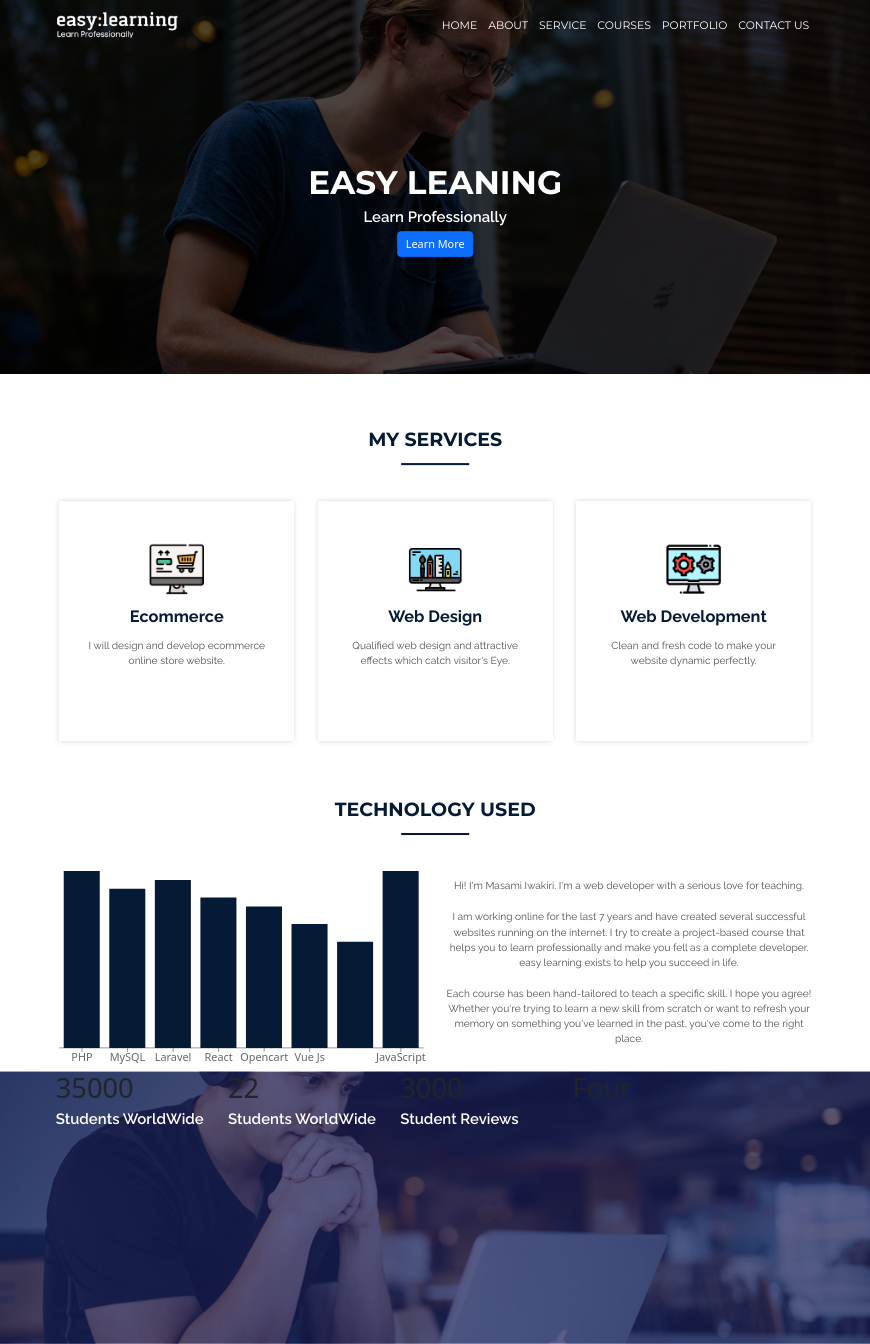
Repository: masamichan/free_video_app
Page: /
An editor plug-in stored every save of this project. The page is shown before and after the next save, followed by the edit.
The browser window is 1280 px wide. The pictures show the whole page, at 68% of full size.
Backgrounds fixed to the window are drawn as part of the page. The project was rebuilt for these pictures with package versions that can differ from the ones it lists, and the page was loaded fresh each time.

Above is the page before, as saved 2023-01-29 12:39:28.

After the next save:
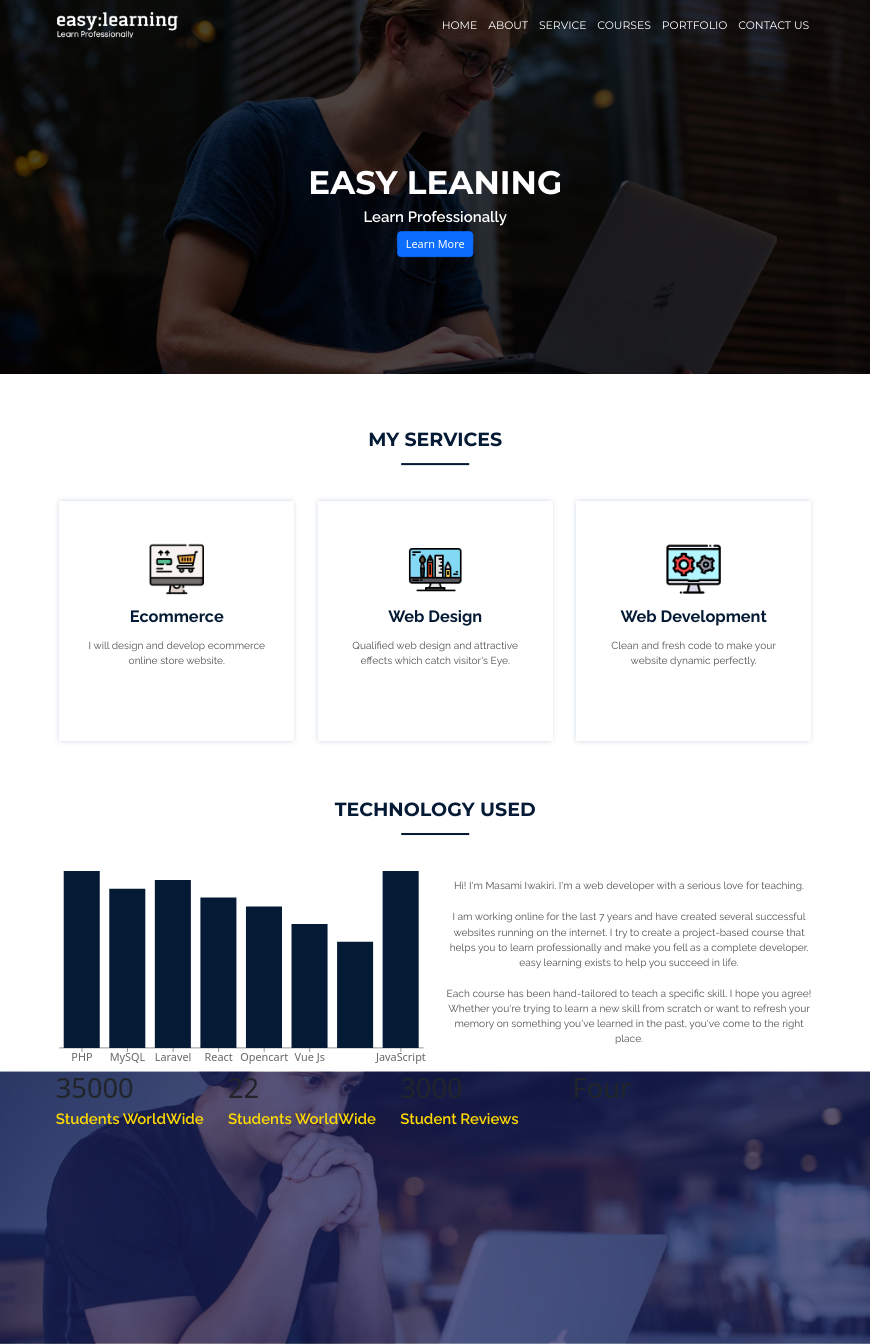
Saved 2 min 49 s later.
--- a/src/asset/css/custom.css
+++ b/src/asset/css/custom.css
@@ -160,7 +160,7 @@
 }
 
 .countTitle {
-  color: #ffffff;
+  color: #ffd900;
   font-family: "Raleway", sans-serif;
   font-weight: 600;
   font-size: 22px;

After the save that followed:
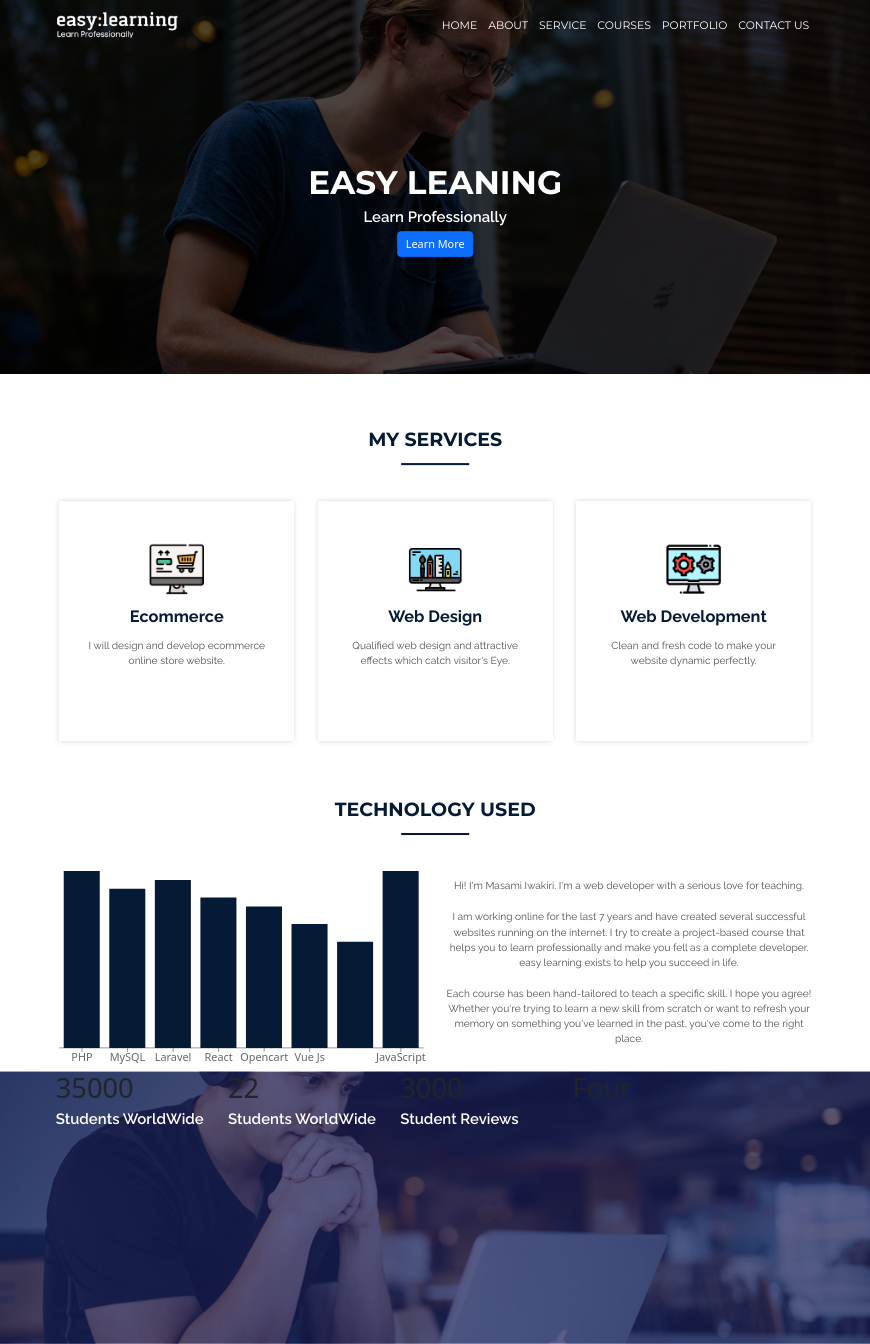
Saved 16 s later.
--- a/src/asset/css/custom.css
+++ b/src/asset/css/custom.css
@@ -160,7 +160,7 @@
 }
 
 .countTitle {
-  color: #ffd900;
+  color: #ffffff;
   font-family: "Raleway", sans-serif;
   font-weight: 600;
   font-size: 22px;
